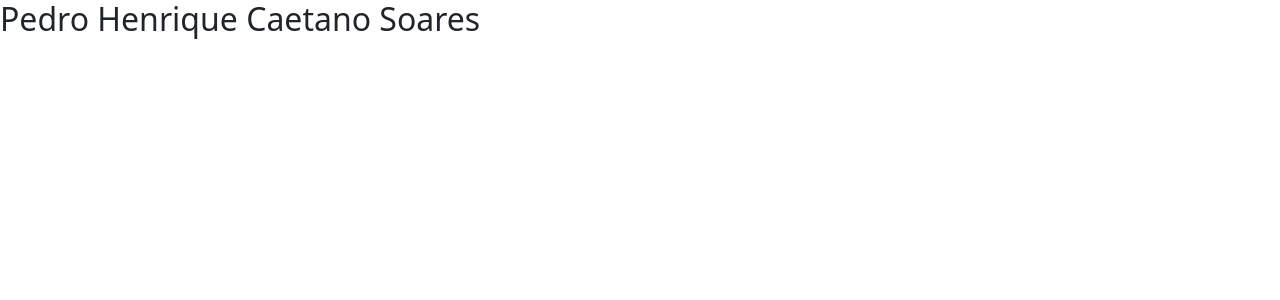
Repository: PedrowiskDev/PedrowiskDev.github.io
Page: portfolio.html
The author's editor kept a copy of each file at every save. The page is drawn from the files as they stood at one save, then again after the next save.
The browser window is 1280 px wide. The pictures show the whole page.

Above is the page before, as saved 2023-02-16 18:34:52.

### portfolio.html
<!DOCTYPE html>
<html lang="en">
<head>
    <meta charset="UTF-8">
    <meta http-equiv="X-UA-Compatible" content="IE=edge">
    <meta name="viewport" content="width=device-width, initial-scale=1">
    <link rel="stylesheet" href="styles.css">
    <!-- Latest compiled and minified CSS -->
    <link href="https://cdn.jsdelivr.net/npm/bootstrap@5.2.3/dist/css/bootstrap.min.css" rel="stylesheet">
    <!-- Latest compiled JavaScript -->
    <script src="https://cdn.jsdelivr.net/npm/bootstrap@5.2.3/dist/js/bootstrap.bundle.min.js"></script>

    <title>Portfolio</title>
</head>
<body>
    <h2>Pedro Henrique Caetano Soares</h2>
</body>
</html>

Loaded but not shown: styles.css (no stored copy; drawn as an empty file)

After the next save:
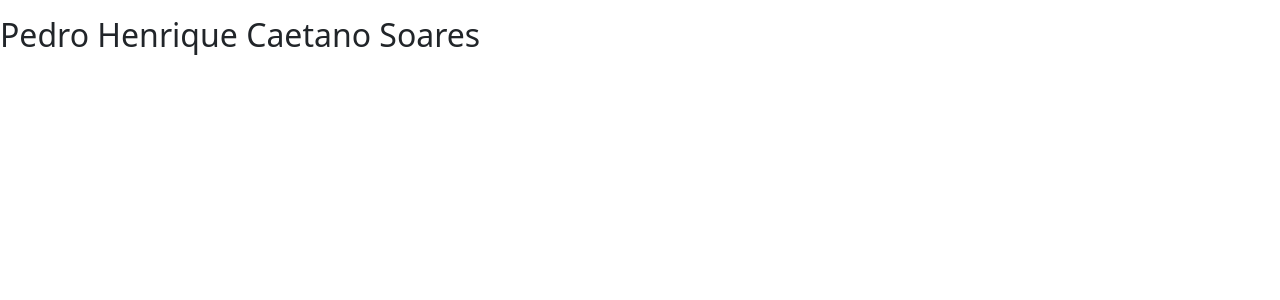
Saved 37 min 14 s later.
--- a/portfolio.html
+++ b/portfolio.html
@@ -13,6 +13,9 @@
     <title>Portfolio</title>
 </head>
 <body>
+    <div class="conteiner">
+        <p></p>
+    </div>
     <h2>Pedro Henrique Caetano Soares</h2>
 </body>
 </html>
